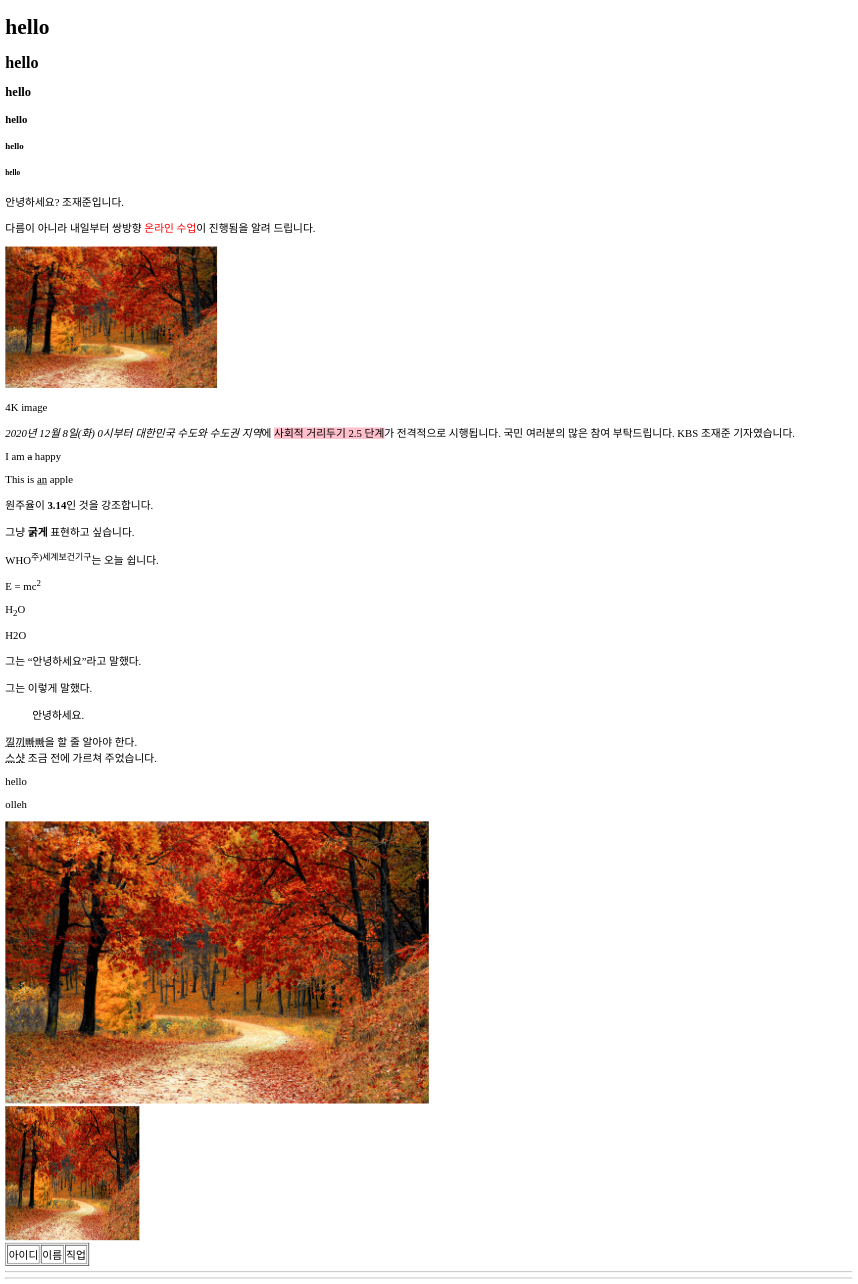
Repository: Chojaejun/javastudy
Page: HelloWorld/WebContent/f.html
The author's editor kept a copy of each file at every save. The page is drawn from the files as they stood at one save, then again after the next save.
The browser window is 1280 px wide. The pictures show the whole page, at 67% of full size.

Above is the page before, as saved 2020-12-07 06:52:30.

After the next save:
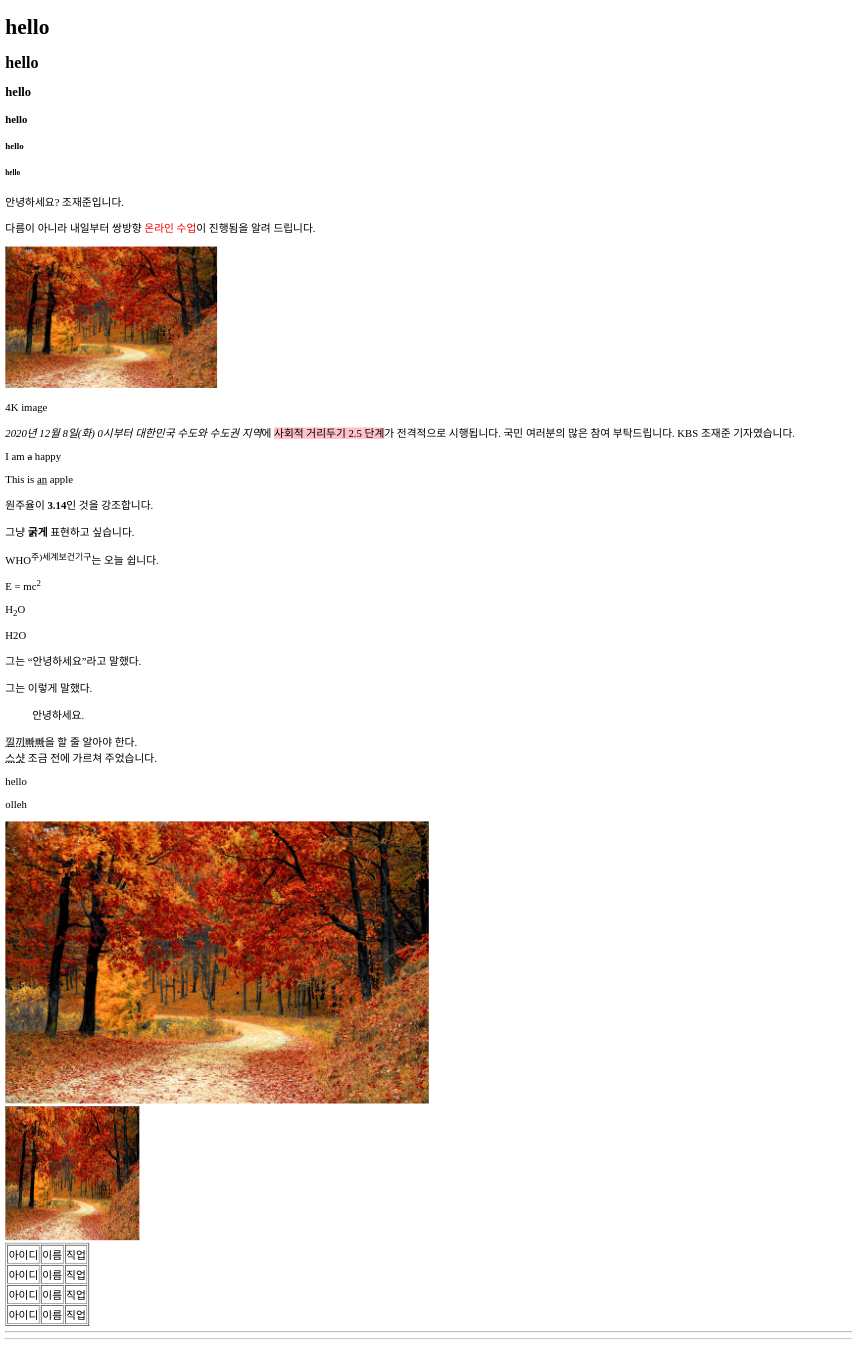
Saved 105 s later.
--- a/HelloWorld/WebContent/f.html
+++ b/HelloWorld/WebContent/f.html
@@ -92,6 +92,27 @@
 		</tr>
 	</thead>
 
+	<tbody>
+		<tr>
+		<td>아이디</td>
+			<td>이름</td>
+			<td>직업</td>
+		</tr>
+		<tr>
+		<td>아이디</td>
+			<td>이름</td>
+			<td>직업</td>
+		</tr>
+		<tr>
+		<td>아이디</td>
+			<td>이름</td>
+			<td>직업</td>
+		</tr>
+
+
+
+	</tbody>
+
 
 
 </table>
